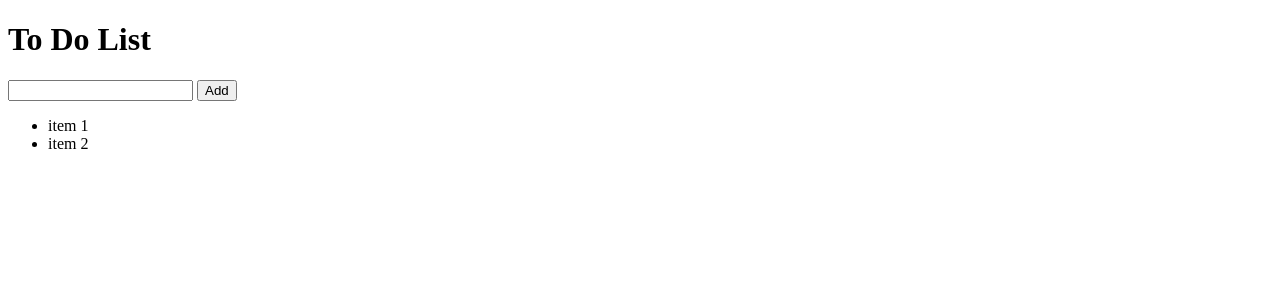
Repository: Criiis/ToDoWebPage
Page: http://localhost/
These files come from the project's save history. The page is drawn as it stood at one moment and after a run of saves; the edit follows.
The browser window is 1280 px wide. The pictures show the whole page.
Some web fonts or font styles are not loaded; a fallback is used. The page is run by PHP 8.4 with error messages shown; the project is at /var/www/html/.

Above is the page before, as saved 2020-12-17 18:53:42.
Not found: build/Users/cristiano.luis/src/sandbox/ToDoList/build/css/style.css/.css

After the next 2 saves:
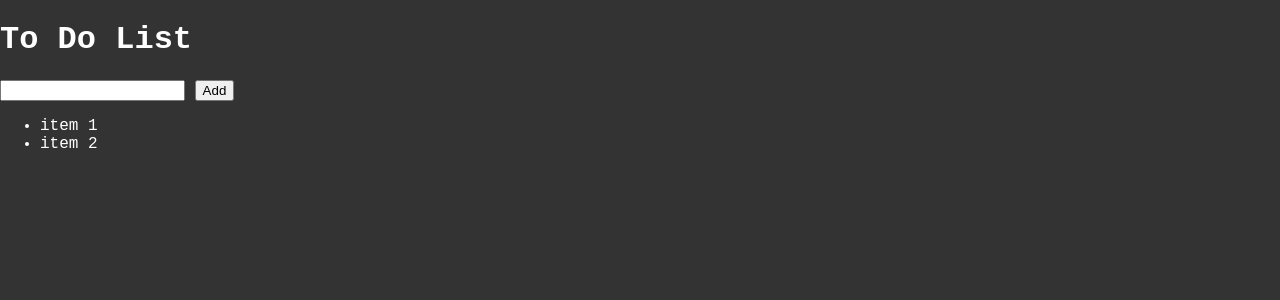
The 2 saves are shown as one change because they came seconds apart.
The last was saved 9 s later.
--- a/index.php
+++ b/index.php
@@ -4,7 +4,7 @@
     <meta charset="UTF-8">
     <meta name="viewport" content="width=device-width, initial-scale=1.0">
     <title>Document</title>
-    <link rel="stylesheet" href="build/Users/cristiano.luis/src/sandbox/ToDoList/build/css/style.css/.css">
+    <link rel="stylesheet" href="/build/css/style.css">
 </head>
 <body>
 
